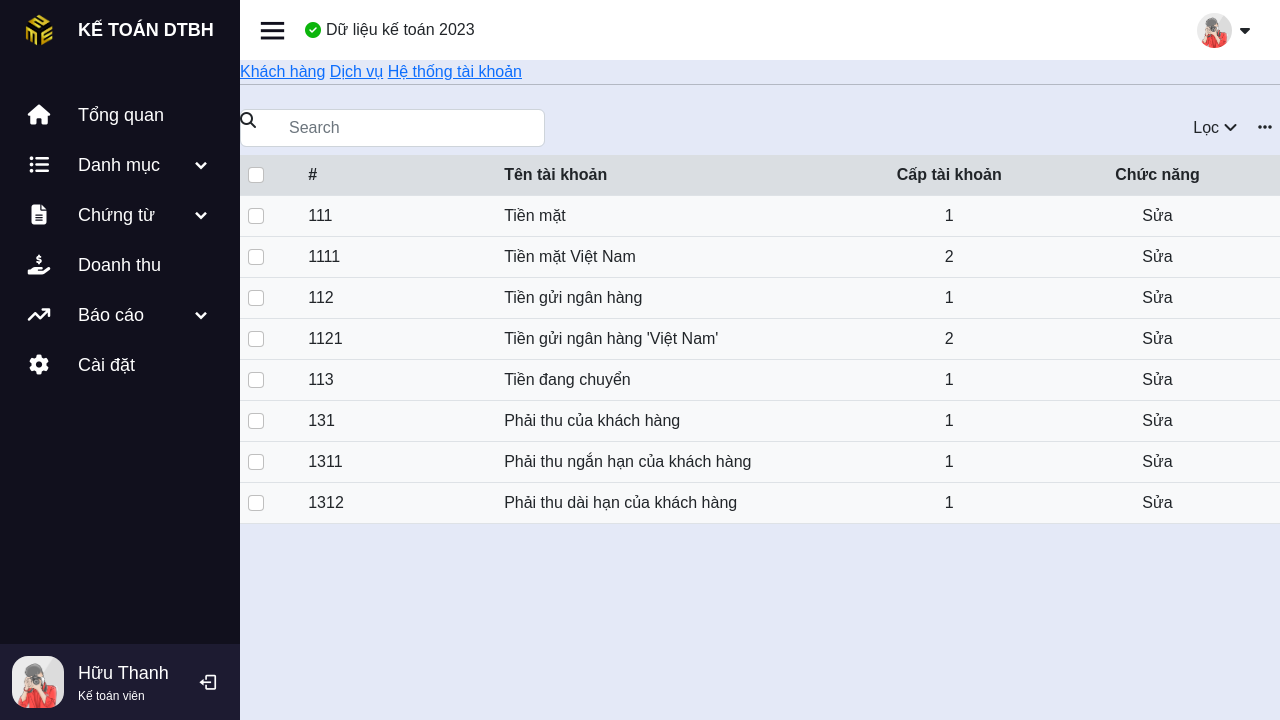
Repository: huuthanhdev/PhanMemKeToan
Page: pages/account.html
These files come from the project's save history. The page is drawn as it stood at one moment and after the next save; the edit follows.
The browser window is 1280 px wide. The pictures show the whole page.
Some web fonts or font styles are not loaded; a fallback is used. Some web libraries are served in a nearby version.

Above is the page before, as saved 2023-03-24 17:00:59.

After the next save:
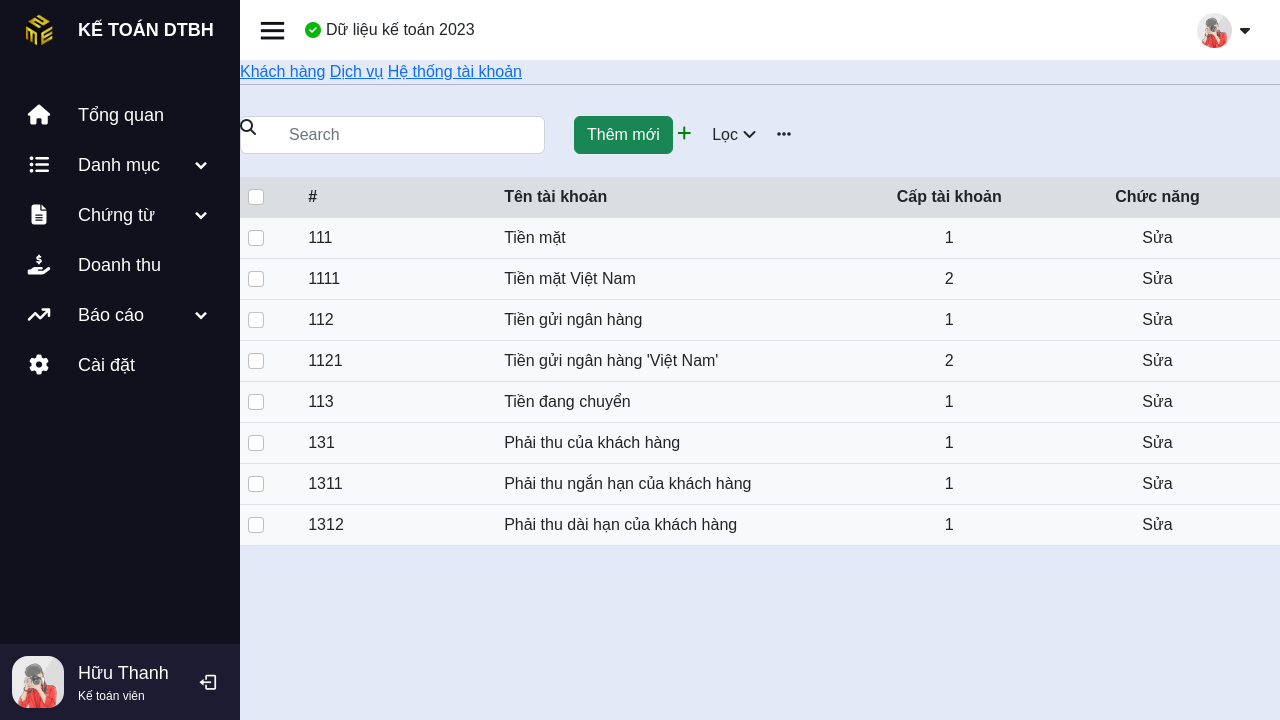
Saved 2 min 41 s later.
--- a/pages/account.html
+++ b/pages/account.html
@@ -137,17 +137,20 @@
         <hr class="mt-0 mb-4">
         <!-- table -->
         <div class="container-fluid mt-0 px-0">
-          <div class="mb-2 d-flex justify-content-between align-items-center">
+          <div class="mb-3 d-flex justify-content-start align-items-center">
               <div class="position-relative">
                   <span class="position-absolute search"><i class="fa fa-search"></i></span>
-                  <input class="form-control w-100 px-5" placeholder="Search">
+                  <input class="form-control w-100 px-5 m-0" placeholder="Search">
               </div>
-              <div class="px-2">
+              <div class="btn">
+                <button type="button" class="btn btn-success ms-3">Thêm mới</button>
+                <i class="fa-solid fa-plus align-items-center" style="color: green"></i>
+              </div>
+              <div class="filter px-2">
                   <span>Lọc <i class="fa fa-angle-down"></i></span>
                   <i class="fa fa-ellipsis-h ms-3"></i>
               </div>
           </div>
-          <div class="table-responsive">
           <table class="table table-responsive table-hover bg-light">
             <thead>
               <tr style="background-color: #dadee2">
